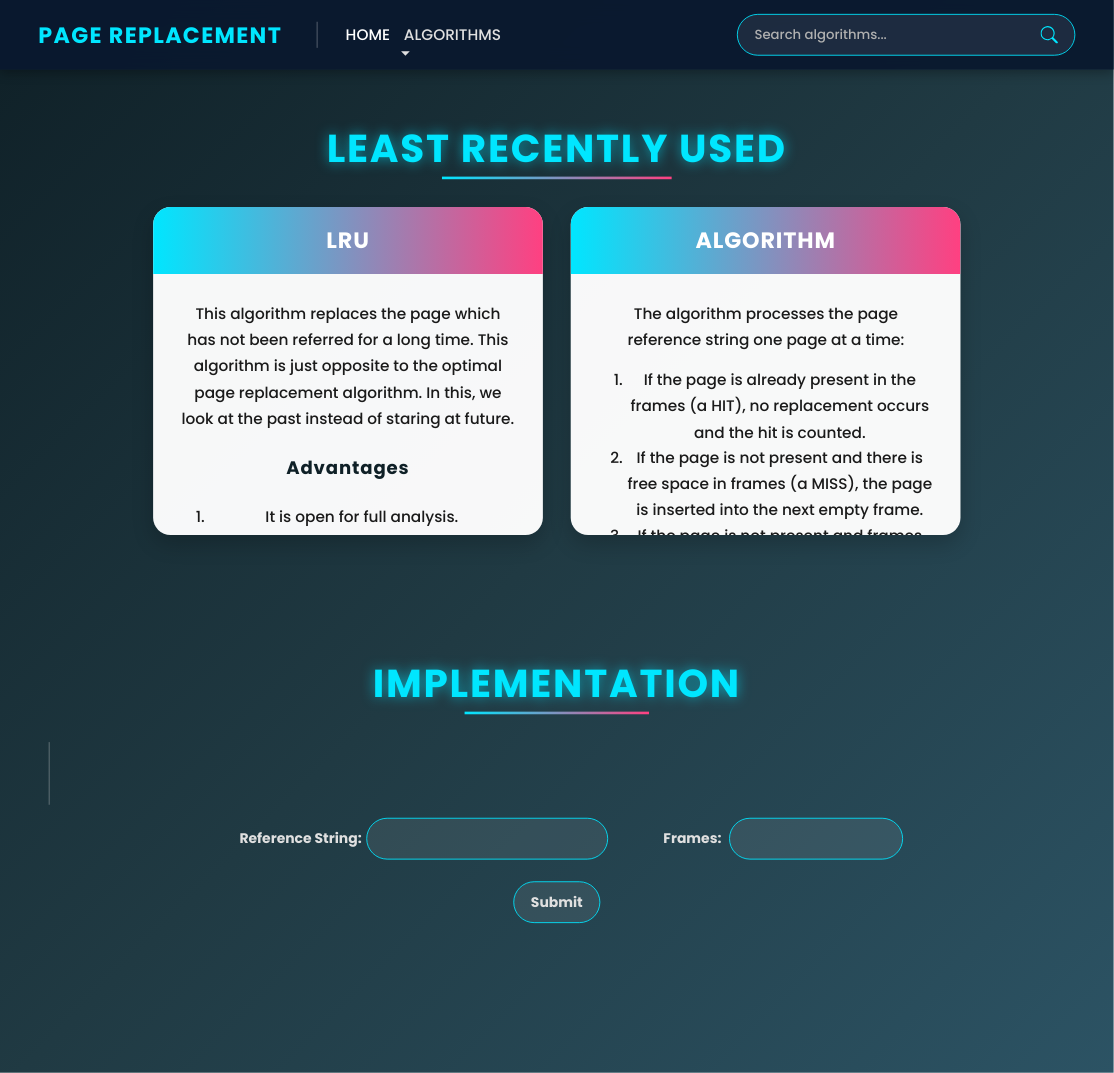
Repository: nusuranur/Page-Replacement-Algorithms-Simulator2.0
Page: Page-Replacement-Algorithms-Simulator-master/lru.html
An editor plug-in stored every save of this project. The page is shown before and after the next save, followed by the edit.
The browser window is 1280 px wide. The pictures show the whole page, at 87% of full size.

Above is the page before, as saved 2025-08-05 16:41:18.

### Page-Replacement-Algorithms-Simulator-master/lru.html
<!DOCTYPE html>
<html lang="en">

<head>
    <meta charset="UTF-8">
    <meta http-equiv="X-UA-Compatible" content="IE=edge">
    <meta name="viewport" content="width=device-width, initial-scale=1.0">
    <title>OS LAB SIMULATOR</title>
    <link rel="stylesheet" href="https://cdn.jsdelivr.net/npm/bootstrap@5.3.0/dist/css/bootstrap.min.css">
    <link href="https://fonts.googleapis.com/css2?family=Poppins:wght@300;500;700&display=swap" rel="stylesheet">
    <link href="https://cdnjs.cloudflare.com/ajax/libs/font-awesome/6.4.0/css/all.min.css" rel="stylesheet">
    <link rel="stylesheet" href="https://unpkg.com/aos@2.3.1/dist/aos.css">
    <link rel="shortcut icon" type="image/png" href="images/website_logo1.png">
    <style>
        body {
            background: linear-gradient(135deg, #0f2027 0%, #203a43 50%, #2c5364 100%);
            font-family: 'Poppins', sans-serif;
            color: #e0e0e0;
            min-height: 100vh;
            margin: 0;
            font-size: 1rem;
        }

        .navbar {
            background: rgba(10, 25, 47, 0.95) !important;
            backdrop-filter: blur(12px);
            padding: 1rem 2rem;
            box-shadow: 0 4px 12px rgba(0, 0, 0, 0.3);
        }

        .navbar-brand .hover-border {
            font-size: 1.6rem;
            font-weight: 700;
            color: #00e6ff;
            transition: color 0.3s ease, transform 0.3s ease;
            position: relative;
            text-transform: uppercase;
            letter-spacing: 1.5px;
        }

        .navbar-brand .hover-border:hover {
            color: #ffffff;
            transform: translateY(-2px);
        }

        .navbar-brand .hover-border::after {
            content: '';
            position: absolute;
            width: 0;
            height: 3px;
            bottom: -6px;
            left: 0;
            background: linear-gradient(90deg, #00e6ff, #ff4081);
            transition: width 0.4s ease;
        }

        .navbar-brand .hover-border:hover::after {
            width: 100%;
        }

        .nav-link, .nav-link.dropdown-toggle {
            font-size: 1.1rem;
            color: #e0e0e0;
            transition: color 0.3s ease, transform 0.3s ease;
            position: relative;
        }

        .nav-link:hover, .nav-link.dropdown-toggle:hover {
            color: #00e6ff;
            transform: translateY(-2px);
        }

        .nav-link::after, .nav-link.dropdown-toggle::after {
            content: '';
            position: absolute;
            width: 0;
            height: 2px;
            bottom: -3px;
            left: 0;
            background: linear-gradient(90deg, #00e6ff, #ff4081);
            transition: width 0.4s ease;
        }

        .nav-link:hover::after, .nav-link.dropdown-toggle:hover::after {
            width: 100%;
        }

        .divider {
            height: 30px;
            width: 1px;
            background: #e0e0e0;
            margin: 0 1.5rem;
            opacity: 0.4;
        }

        .form-control {
            background: rgba(255, 255, 255, 0.08);
            border: 1px solid #00e6ff;
            color: #e0e0e0;
            border-radius: 25px;
            padding: 0.7rem 2.8rem 0.7rem 1.2rem;
            font-size: 1rem;
            transition: all 0.3s ease;
        }

        .form-control:focus {
            background: rgba(255, 255, 255, 0.15);
            border-color: #ffffff;
            color: #ffffff;
            box-shadow: 0 0 8px rgba(0, 230, 255, 0.3);
        }

        .form-control::placeholder {
            color: #b0b0b0;
            font-size: 0.95rem;
        }

        .bi-search {
            position: absolute;
            right: 20px;
            top: 50%;
            transform: translateY(-50%);
            color: #00e6ff;
            width: 20px;
            height: 20px;
        }

        .dropdown-menu {
            background: rgba(10, 25, 47, 0.98);
            border: 1px solid #00e6ff;
            border-radius: 12px;
            max-height: 320px;
            overflow-y: auto;
            box-shadow: 0 4px 15px rgba(0, 0, 0, 0.3);
        }

        .dropdown-item {
            color: #e0e0e0;
            font-size: 0.95rem;
            padding: 0.8rem 1.5rem;
            transition: all 0.3s ease;
        }

        .dropdown-item:hover {
            background: #00e6ff;
            color: #0f2027;
        }

        .mid-block {
            padding: 4rem 2rem;
            text-align: center;
        }

        .mid-heading-wrapper {
            margin-bottom: 2rem;
        }

        .mid-heading h1 {
            font-size: 2.8rem;
            font-weight: 700;
            color: #00e6ff;
            text-transform: uppercase;
            letter-spacing: 2px;
            text-shadow: 0 0 15px rgba(0, 230, 255, 0.6);
            position: relative;
            display: inline-block;
        }

        .mid-heading h1::after {
            content: '';
            position: absolute;
            width: 50%;
            height: 3px;
            bottom: -8px;
            left: 25%;
            background: linear-gradient(90deg, #00e6ff, #ff4081);
        }

        .mid-cards {
            display: flex;
            flex-wrap: wrap;
            justify-content: center;
            gap: 2rem;
            max-width: 1200px;
            margin: 0 auto;
        }

        .card {
            background: rgba(255, 255, 255, 0.97);
            border: none;
            border-radius: 20px;
            box-shadow: 0 10px 25px rgba(0, 0, 0, 0.2);
            transition: transform 0.4s ease, box-shadow 0.4s ease;
            max-width: 28rem;
            overflow: hidden;
        }

        .card:hover {
            transform: translateY(-10px);
            box-shadow: 0 15px 35px rgba(0, 0, 0, 0.3);
        }

        .card-header {
            background: linear-gradient(90deg, #00e6ff, #ff4081);
            color: #ffffff;
            font-size: 1.6rem;
            font-weight: 600;
            padding: 1.2rem;
            text-transform: uppercase;
            letter-spacing: 1px;
            border: none;
        }

        .card-body {
            padding: 2rem;
            color: #1a1a1a;
            font-size: 1.1rem;
            line-height: 1.7;
            max-height: 300px;
            overflow-y: auto;
        }

        .card-body .card-header {
            background: none;
            color: #0f2027;
            font-size: 1.3rem;
            padding: 0.5rem 0;
            text-transform: none;
        }

        .card-text ol {
            padding-left: 1.5rem;
            margin-bottom: 0;
        }

        .card-text li {
            margin-bottom: 0.5rem;
        }

        .last-block {
            padding: 4rem 2rem;
            text-align: center;
        }

        .last_button {
            background: linear-gradient(90deg, #00e6ff, #ff4081);
            color: #ffffff;
            border: none;
            border-radius: 25px;
            padding: 0.8rem 2rem;
            font-size: 1rem;
            font-weight: 600;
            transition: all 0.3s ease;
        }

        .last_button:hover {
            background: linear-gradient(90deg, #ff4081, #00e6ff);
            transform: scale(1.08);
            box-shadow: 0 5px 15px rgba(0, 230, 255, 0.4);
        }

        .input {
            background: rgba(255, 255, 255, 0.08);
            border: 1px solid #00e6ff;
            color: #e0e0e0;
            border-radius: 25px;
            padding: 0.7rem 1.2rem;
            font-size: 1rem;
            transition: all 0.3s ease;
        }

        .input:focus {
            background: rgba(255, 255, 255, 0.15);
            border-color: #ffffff;
            box-shadow: 0 0 8px rgba(0, 230, 255, 0.3);
        }

        table, tr, td {
            border: 2px solid black !important;
        }

        #table {
            width: 80vw;
            margin: 15px;
        }

        #summary {
            display: flex;
            justify-content: space-around;
            align-items: center;
            flex-wrap: wrap;
            flex-direction: row;
        }

        @media (max-width: 768px) {
            body {
                font-size: 0.9rem;
            }

            .mid-heading h1 {
                font-size: 2.2rem;
            }

            .mid-block, .last-block {
                padding: 2rem 1rem;
            }

            .navbar-brand .hover-border {
                font-size: 1.3rem;
            }

            .nav-link, .nav-link.dropdown-toggle {
                font-size: 1rem;
            }

            .form-control, .input {
                font-size: 0.9rem;
            }

            .card {
                max-width: 90%;
            }

            .card-header {
                font-size: 1.4rem;
            }

            .card-body {
                font-size: 1rem;
            }

            .last_button {
                font-size: 0.9rem;
                padding: 0.7rem 1.5rem;
            }
        }
    </style>
</head>

<body>
    <nav class="navbar sticky-top navbar-expand-lg navbar-dark bg-dark">
        <div class="container-fluid">
            <a class="navbar-brand" href="pagereplacement_index.html">
                <div class="hover-border">PAGE REPLACEMENT</div>
            </a>
            <div class="divider"></div>
            <button class="navbar-toggler" type="button" data-bs-toggle="collapse"
                data-bs-target="#navbarSupportedContent" aria-controls="navbarSupportedContent" aria-expanded="false"
                aria-label="Toggle navigation">
                <span class="navbar-toggler-icon"></span>
            </button>
            <div class="collapse navbar-collapse" id="navbarSupportedContent">
                <ul class="navbar-nav me-auto mb-2 mb-lg-0">
                    <li class="nav-item">
                        <a class="nav-link active" aria-current="page" href="index.html">
                            <div class="hover-border">HOME</div>
                        </a>
                    </li>
                    <li class="nav-item dropdown">
                        <a class="nav-link dropdown-toggle" href="#" id="navbarDropdown" role="button"
                            data-bs-toggle="dropdown" aria-expanded="false">
                            ALGORITHMS
                        </a>
                        <ul class="dropdown-menu dropdown-menu-dark" aria-labelledby="navbarDropdown">
                            <li><a class="dropdown-item" href="./fifo.html">FIFO</a></li>
                            <li><a class="dropdown-item" href="./lifo.html">LIFO</a></li>
                            <li><a class="dropdown-item" href="./lru.html">LRU</a></li>
                            <li><a class="dropdown-item" href="./optimal.html">OPTIMAL</a></li>
                        </ul>
                    </li>
                </ul>
                <div class="d-flex position-relative">
                    <div class="dropdown">
                        <input id="search-input" class="form-control me-2 dropdown-toggle" data-bs-toggle="dropdown"
                            aria-expanded="false" placeholder="Search algorithms...">
                        <ul id="suggestions" class="dropdown-menu dropdown-menu-dark" aria-labelledby="search-button"></ul>
                        <svg xmlns="http://www.w3.org/2000/svg" width="20" height="20" fill="currentColor"
                            class="bi bi-search" viewBox="0 0 16 16">
                            <path
                                d="M11.742 10.344a6.5 6.5 0 1 0-1.397 1.398h-.001c.03.04.062.078.098.115l3.85 3.85a1 1 0 0 0 1.415-1.414l-3.85-3.85a1.007 1.007 0 0 0-.115-.1zM12 6.5a5.5 5.5 0 1 1-11 0 5.5 5.5 0 1 1 11 0z" />
                        </svg>
                    </div>
                </div>
            </div>
        </div>
    </nav>
    <div class="mid-block" data-aos="fade-up">
        <div class="mid-heading-wrapper">
            <div class="mid-heading">
                <h1 class="hover-border">LEAST RECENTLY USED</h1>
            </div>
        </div>
        <div class="mid-cards">
            <div class="card text-white mb-3" data-aos="zoom-in" data-aos-delay="100">
                <div class="card-header">LRU</div>
                <div class="card-body">
                    <p class="card-text">This algorithm replaces the page which has not been referred for a long time.
                        This algorithm is just opposite to the optimal page replacement algorithm. In this, we look at
                        the past instead of staring at future.</p>
                    <div class="card-header">Advantages</div>
                    <p class="card-text">
                        <ol>
                            <li>It is open for full analysis.</li>
                            <li>In this, we replace the page which is least recently used, thus free from Belady’s Anomaly.</li>
                            <li>Easy to choose page which has faulted and hasn’t been used for a long time.</li>
                        </ol>
                    </p>
                    <div class="card-header">Disadvantages</div>
                    <p class="card-text">
                        <ol>
                            <li>It requires additional Data Structure to be implemented.</li>
                            <li>Hardware assistance requirement is high.</li>
                        </ol>
                    </p>
                </div>
            </div>
            <div class="card text-white mb-3" data-aos="zoom-in" data-aos-delay="200">
                <div class="card-header">ALGORITHM</div>
                <div class="card-body">
                    <p class="card-text">
                        The algorithm processes the page reference string one page at a time:
                        <ol>
                            <li>If the page is already present in the frames (a HIT), no replacement occurs and the hit is counted.</li>
                            <li>If the page is not present and there is free space in frames (a MISS), the page is inserted into the next empty frame.</li>
                            <li>If the page is not present and frames are full (a MISS), this custom LRU algorithm replaces the page that was inserted most recently (the newest page) with the new page, rather than the least recently used. The insertion order is tracked to identify the newest page.</li>
                            <li>This approach ensures that older pages remain in memory, only replacing the newest pages when necessary.</li>
                        </ol>
                        This differs from classical LRU, which replaces the least recently used page, by focusing on replacing the newest page while keeping the rest stable.
                    </p>
                </div>
            </div>
        </div>
    </div>
    <div class="last-block" data-aos="fade-up">
        <div class="mid-heading-wrapper">
            <div class="mid-heading">
                <h1 class="hover-border">IMPLEMENTATION</h1>
            </div>
        </div>
        <div class="divider" style="height: 10vh;"></div>
        <div id="algo">
            <div class="container"
                style="width: 85vw; height: fit-content; margin-bottom: 10px; display: flex; flex-direction: column; align-items: center; justify-content: center;">
                <div
                    style="display: flex; flex-direction: row; align-items: center; justify-content: center; flex-wrap: wrap;">
                    <div
                        style="margin: 10px; width: fit-content; display: flex; justify-content: center; align-items: center;">
                        <strong>Reference String:</strong>
                        <input class="input" type="text" style="width: 55%; min-width: 225px; margin: 5px;" id="input" />
                    </div>
                    <div style="margin: 10px; width: fit-content">
                        <strong>Frames:</strong>
                        <input class="input" type="number" id="frames" style="width: 200px; min-width: 50px; margin: 5px;"
                            min=1 max=10 />
                    </div>
                </div>
                <button id="submit" type="button" class="btn btn-dark last_button input"
                    style="margin: 10px; min-width: 80px;">Submit</button>
            </div>
            <div style="margin: 10px; width: fit-content;">
                <br />
                <table id="table" class="container text-center"></table>
                <br />
                <div id="summary" class="d-flex justify-content-around font-weight-bold text-uppercase"> </div>
            </div>
        </div>
    </div>
    <script src="https://cdn.jsdelivr.net/npm/bootstrap@5.3.0/dist/js/bootstrap.bundle.min.js"></script>
    <script src="https://unpkg.com/aos@2.3.1/dist/aos.js"></script>
    <script>
        AOS.init({
            duration: 1200,
            easing: 'ease-out-quart',
        });
    </script>
    <script src="js/search.js"></script>
    <script src="js/lru.js"></script>
</body>

</html>

### Page-Replacement-Algorithms-Simulator-master/js/lru.js
// Node class for doubly linked list (not used here, kept if needed later)
class node {
    constructor(data) {
        this.data = data;
        this.l = null;
        this.r = null;
    }
}

// LRU class implementing standard LRU page replacement
class lru {
    constructor(capacity) {
        this.capacity = Number(capacity);
        this.pageFaults = 0;
        this.pageHits = 0;
        this.searchIndex = -1;
        this.frames = [];     // Array of pages in frames (fixed positions)
        this.recency = [];    // Array tracking recency: most recent at end
    }

    refer(token) {
        let idx = this.frames.indexOf(token);

        if (idx !== -1) {
            // HIT: Page found in frames
            this.pageHits++;
            this.searchIndex = idx;

            // Update recency: move token to end (most recent)
            this.recency = this.recency.filter(x => x !== token);
            this.recency.push(token);
        } else {
            // MISS: Page not in frames
            this.pageFaults++;
            this.searchIndex = -1;

            if (this.frames.length < this.capacity) {
                // Space available: add token at next free frame
                this.frames.push(token);
                this.recency.push(token);
            } else {
                // No space: replace least recently used page (recency[0])
                let lruPage = this.recency.shift();           // Remove oldest used
                let removeIdx = this.frames.indexOf(lruPage); // Find index in frames
                this.frames[removeIdx] = token;                // Replace with new page
                this.recency.push(token);                      // Add new page as most recent
            }
        }
    }
}

// Event listener for submit button
document.getElementById("submit").addEventListener("click", runLRU);

function runLRU() {
    let refs = document.getElementById("input").value.trim().split(/\s+/);
    let framesCount = Number(document.getElementById("frames").value);
    let ref = refs.filter(x => x !== "");

    createTable("table", framesCount, ref);
    let cache = new lru(framesCount);

    for (let i = 0; i < ref.length; i++) {
        cache.refer(ref[i]);
        fillcol("table", i + 1, cache.frames, framesCount, cache.searchIndex);
    }

    summary("summary", cache.pageFaults, cache.pageFaults + cache.pageHits, framesCount);
}

// Fill one column in the table with frames and HIT/MISS status
function fillcol(tablename, col, objframes, totalFrames, searchindex) {
    for (let i = 0; i < totalFrames; i++) {
        let cell = document.getElementById(tablename + (i + 1) + col);
        cell.innerHTML = i < objframes.length ? objframes[i] : "";
        cell.classList.remove("bg-success", "text-white");
    }

    let statusRow = document.getElementById(tablename + (Number(totalFrames) + 1) + col);
    if (searchindex === -1) {
        statusRow.innerHTML = "MISS";
    } else {
        statusRow.innerHTML = "HIT";
        document.getElementById(tablename + (searchindex + 1) + col).classList.add("bg-success", "text-white");
    }
}

// Dynamically create the table structure for frames and references
function createTable(tablename, frames, ref) {
    document.getElementById(tablename).innerHTML = "";
    let table = `<tr class="font-weight-bold"><td id="${tablename}00">Reference</td>`;
    for (let i = 0; i < ref.length; i++) {
        table += `<td id="${tablename}0${i + 1}">${ref[i]}</td>`;
    }
    table += `</tr>`;

    for (let i = 0; i < frames; i++) {
        table += `<tr><td class="font-weight-bold" id="${tablename}${i + 1}0">Frame ${i + 1}</td>`;
        for (let j = 0; j < ref.length; j++) {
            table += `<td id="${tablename}${i + 1}${j + 1}"></td>`;
        }
        table += "</tr>";
    }

    table += `<tr><td class="font-weight-bold" id="${tablename}${frames + 1}0">Status</td>`;
    for (let j = 0; j < ref.length; j++) {
        table += `<td id="${tablename}${frames + 1}${j + 1}"></td>`;
    }
    table += "</tr>";

    document.getElementById(tablename).innerHTML = table;
}

// Show summary of results: hits, faults, ratios
function summary(id, pagefaults, pages, frames) {
    let missRatio = (pagefaults / pages).toFixed(2);
    let hitRatio = (1 - missRatio).toFixed(2);
    let result = `
        <div>Pages: ${pages}</div>
        <div>Frames: ${frames}</div>
        <div>Hits: ${pages - pagefaults}</div>
        <div>Faults: ${pagefaults}</div>
        <div>Hit Ratio: ${hitRatio}</div>
        <div>Miss Ratio: ${missRatio}</div>
    `;
    document.getElementById(id).innerHTML = result;
}

Loaded but not shown: Page-Replacement-Algorithms-Simulator-master/js/search.js (186 lines, source omitted)

After the next save:
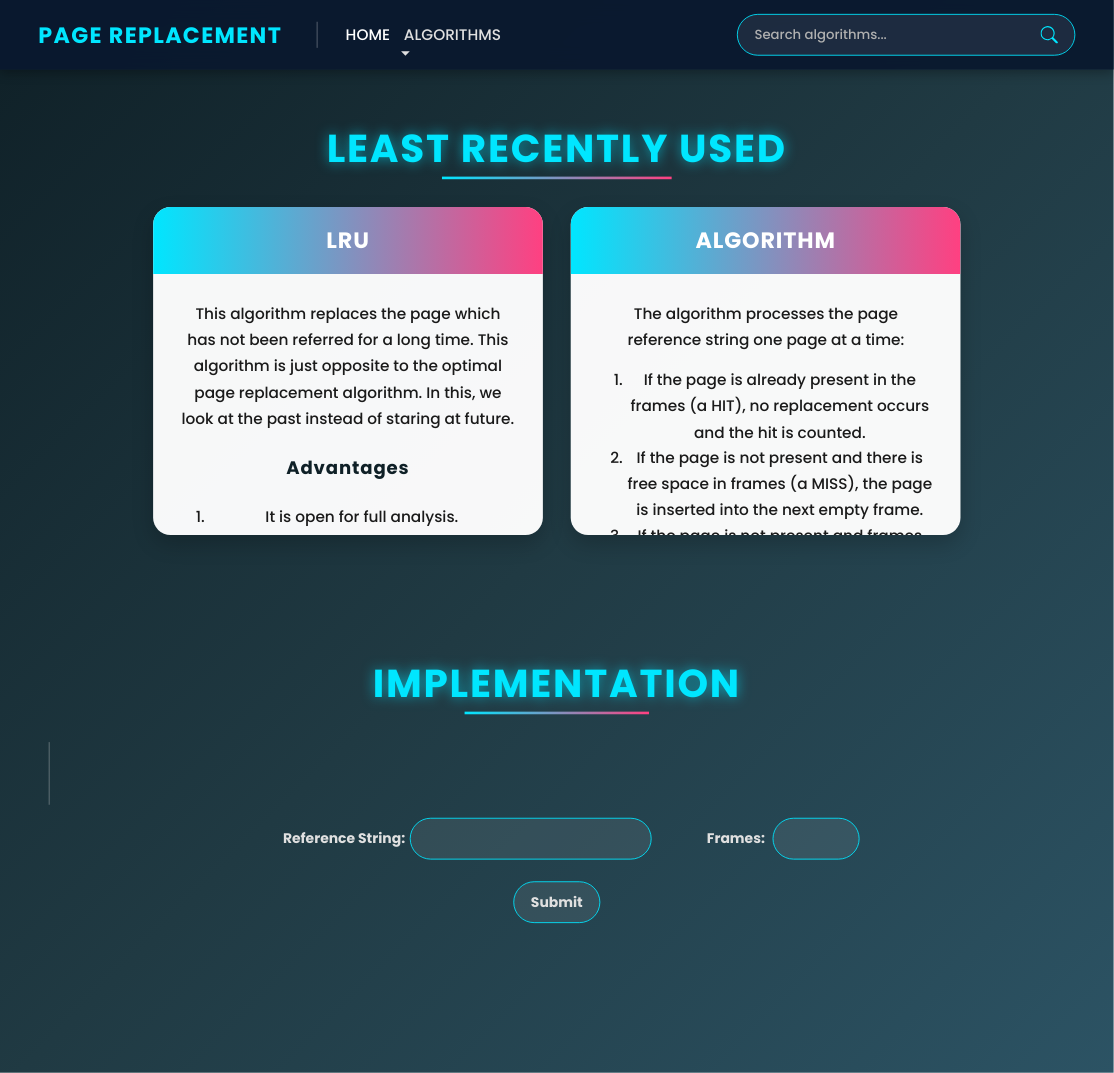
Saved 10 s later.
--- a/Page-Replacement-Algorithms-Simulator-master/lru.html
+++ b/Page-Replacement-Algorithms-Simulator-master/lru.html
@@ -450,7 +450,7 @@
                     </div>
                     <div style="margin: 10px; width: fit-content">
                         <strong>Frames:</strong>
-                        <input class="input" type="number" id="frames" style="width: 200px; min-width: 50px; margin: 5px;"
+                        <input class="input" type="number" id="frames" style="width: 100px; min-width: 50px; margin: 5px;"
                             min=1 max=10 />
                     </div>
                 </div>
